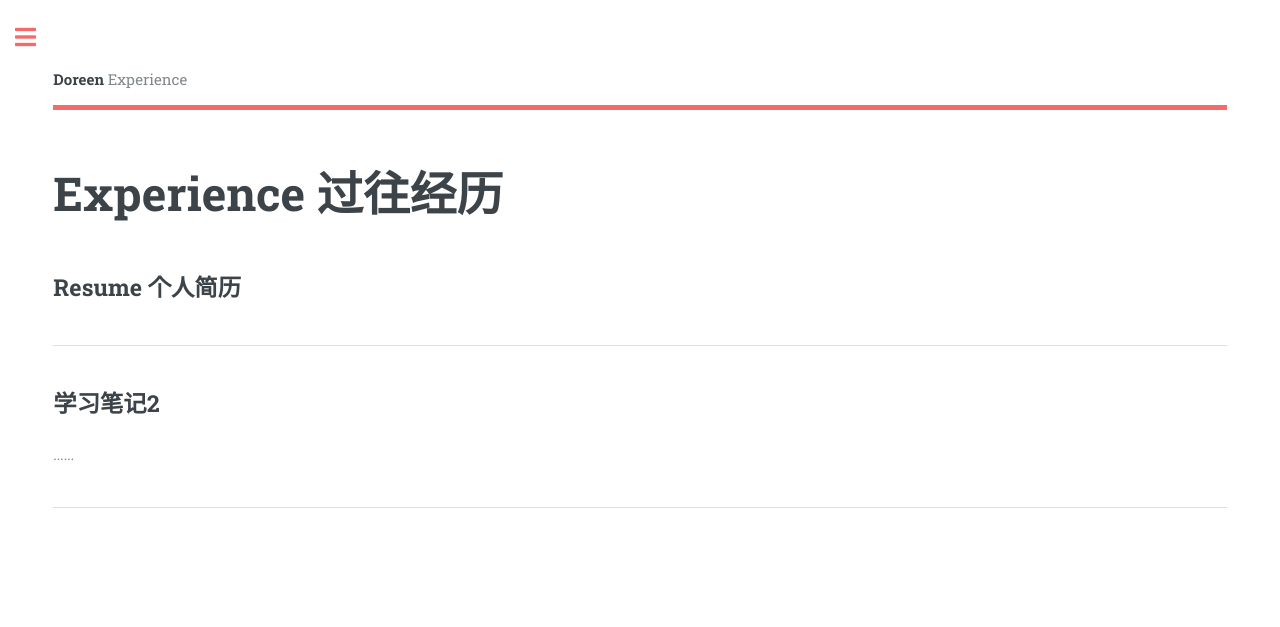
Repository: Hpz3859/Hpz3859.github.io
Page: experience.html
These files come from the project's save history. The page is drawn as it stood at one moment and after the next save; the edit follows.
The browser window is 1280 px wide. The pictures show the whole page.

Above is the page before, as saved 2025-03-19 14:30:31.

### experience.html
<!DOCTYPE HTML>
<!--
	Editorial by HTML5 UP
	html5up.net | @ajlkn
	Free for personal and commercial use under the CCA 3.0 license (html5up.net/license)
-->
<html>
	<head>
		<title>Doreen Experience</title>
		<meta charset="utf-8" />
		<meta name="viewport" content="width=device-width, initial-scale=1, user-scalable=no" />
		<link rel="stylesheet" href="assets/css/main.css" />
	</head>
	<body class="is-preload">

		<!-- Wrapper -->
			<div id="wrapper">

				<!-- Main -->
					<div id="main">
						<div class="inner">

							<!-- Header -->
								<header id="header">
									<a href="experience.html" class="logo"><strong>Doreen</strong>  Experience</a>
									<!--
									<ul class="icons">
										<li><a href="#" class="icon brands fa-twitter"><span class="label">Twitter</span></a></li>
										<li><a href="#" class="icon brands fa-facebook-f"><span class="label">Facebook</span></a></li>
										<li><a href="#" class="icon brands fa-snapchat-ghost"><span class="label">Snapchat</span></a></li>
										<li><a href="#" class="icon brands fa-instagram"><span class="label">Instagram</span></a></li>
										<li><a href="#" class="icon brands fa-medium-m"><span class="label">Medium</span></a></li>
									</ul>
									-->
								</header>

							<!-- Content -->
								<section>
									<header class="main">
										<h1>Experience 过往经历</h1>
									</header>
										<!-- Content -->
										<div class="content">
											<h2><a href="resume.html" class="logo">Resume 个人简历</a></h2>
											<p></p>
										</div>
										<hr class="major" />

										<div class="content">
											<h2><a href="#" class="logo">学习笔记2</a></h2>
											<p>……</p>
										</div>
										<hr class="major" />


								</section>

						</div>
					</div>

				<!-- Sidebar -->
					<div id="sidebar">
						<div class="inner">

							<!-- Search -->
								<section id="search" class="alt">
									<form method="post" action="#">
										<input type="text" name="query" id="query" placeholder="Search" />
									</form>
								</section>

							<!-- Menu -->
								<nav id="menu">
									<header class="major">
										<h2>目录</h2>
									</header>
									<ul>
										<li><a href="index.html">主页</a></li>
										<li>
											<span class="opener">过往经历</span>
											<ul>
												<li><a href="resume.html">个人简历</a></li>
												<li><a href="#">项目笔记</a></li>
												<li><a href="mysql.html">MySQL学习笔记</a></li>
											</ul>
										</li>
									</ul>
								</nav>


							<!-- Section -->
								<section>
									<header class="major">
										<h2>联系我</h2>
									</header>
									<p> </p>
									<ul class="contact">
										<li class="icon solid fa-envelope"><a href="#">h18286003859@163.com</a></li>
										<li class="icon solid fa-phone">(+86)13001993255</li>
										<!-- 地址
										<li class="icon solid fa-home"></li>
										-->
									</ul>
								</section>

							<!-- Footer -->
							 <!--
								<footer id="footer">
									<p class="copyright">&copy; Untitled. All rights reserved. Demo Images: <a href="https://unsplash.com">Unsplash</a>. Design: <a href="https://html5up.net">HTML5 UP</a>.</p>
								</footer>
							-->

						</div>
					</div>

			</div>

		<!-- Scripts -->
			<script src="assets/js/jquery.min.js"></script>
			<script src="assets/js/browser.min.js"></script>
			<script src="assets/js/breakpoints.min.js"></script>
			<script src="assets/js/util.js"></script>
			<script src="assets/js/main.js"></script>

	</body>
</html>

Loaded but not shown: assets/js/jquery.min.js (library); assets/js/browser.min.js (common file); assets/js/breakpoints.min.js (common file); assets/css/fontawesome-all.min.css (library); assets/js/util.js (587 lines, source omitted); assets/js/main.js (262 lines, source omitted); assets/css/main.css (2273 lines, source omitted)

After the next save:
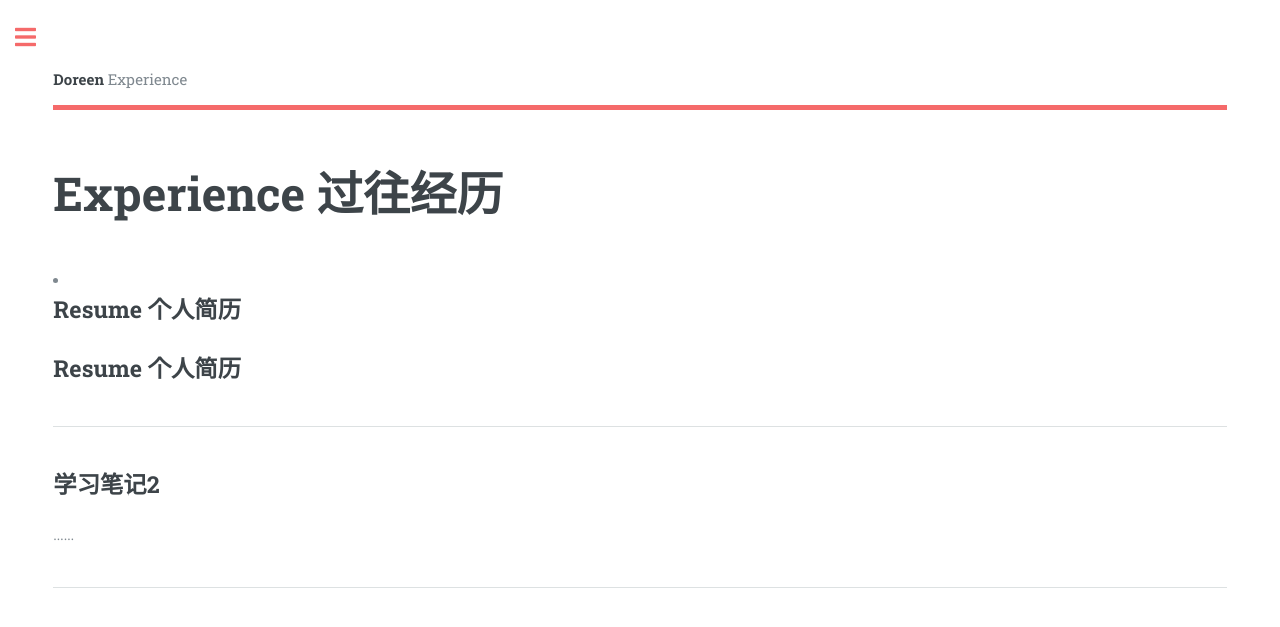
Saved 35 s later.
--- a/experience.html
+++ b/experience.html
@@ -41,6 +41,7 @@
 									</header>
 										<!-- Content -->
 										<div class="content">
+											<li><h2><a href="resume.html" class="logo">Resume 个人简历</a></h2></li>
 											<h2><a href="resume.html" class="logo">Resume 个人简历</a></h2>
 											<p></p>
 										</div>
